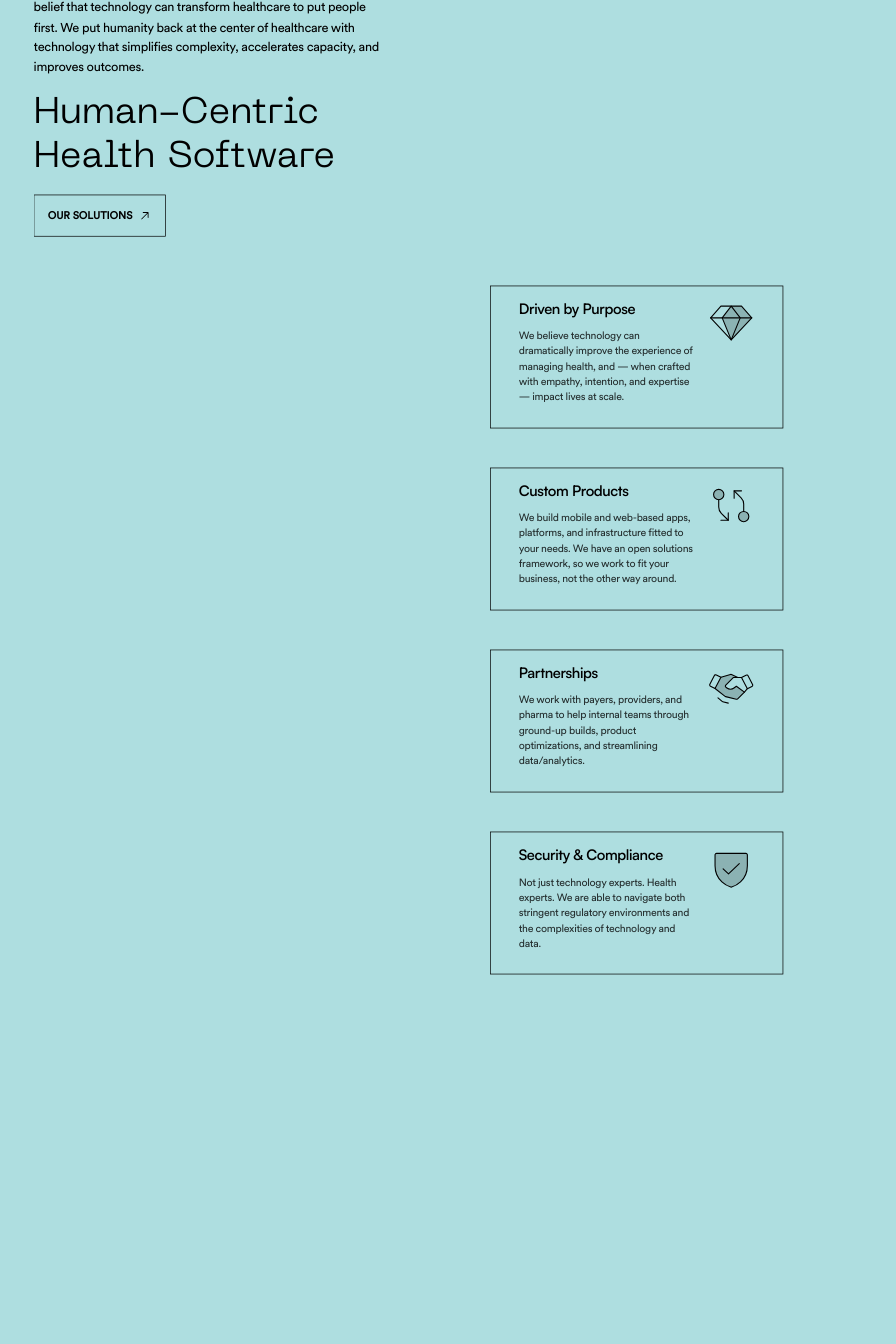
Repository: nikhilsinghrathore1/CAC_Ki_Majdoori
Page: /
An editor plug-in stored every save of this project. The page is shown before and after a run of saves, followed by the edit.
The browser window is 1280 px wide. The pictures show the part of the page from y = 960 to 2880 px (the page is 2880 px tall), at 70% of full size.
The project was rebuilt for these pictures with package versions that can differ from the ones it lists, and the page was loaded fresh each time. Also part of the build but not shown: vite.config.ts.

Above is the page before, as saved 2024-07-24 23:40:10.

### index.html
<!doctype html>
<html lang="en">
  <head>
    <meta charset="UTF-8" />
    <link rel="icon" type="image/svg+xml" href="/vite.svg" />
    <meta name="viewport" content="width=device-width, initial-scale=1.0" />
    <title>CAC Not hopefully test draft</title>
  </head>
  <body>
    <div id="root"></div>
    <script type="module" src="/src/main.tsx"></script>
  </body>
</html>

### src/App.tsx

import './App.css'
import Landing from './Pages/Landing'
import SecondTest from './Pages/SecondTest'
import ThirdTest from './Pages/ThirdTest'

function App() {

  return (
    <>
      <Landing/>
      <SecondTest/>
      <ThirdTest/>
    </>
  )
}

export default App

### src/index.css
@tailwind base;
@tailwind components;
@tailwind utilities;

/* Hide scrollbar for Chrome, Safari and Opera */
*::-webkit-scrollbar {
            width: 3px;


}

### src/App.css
@font-face {
  font-family: font1;
  src: url("/PPNeueMontreal-Regular.ttf");
}

@font-face {
  font-family: font2;
  src: url("/659dbdfd5a080be8d3483173_Satoshi-Variable.ttf");
}
 @font-face {
  font-family: font4;
  src: url("/public/CircularXXWeb-Book.ttf");
}
@font-face {
  font-family: font3;
  src: url("/659dbdfd5a080be8d348316e_PP\ Neue\ Machina\ Inktrap\ Medium.ttf");
}
@font-face {
  font-family: font5;
  src: url("/public/659dbdfd5a080be8d348316f_PPNeueMachina_\ Light.ttf");
}

.f1{
  font-family: font1;
}
.f2{
  font-family: font2;
}

.f3{
  font-family: font3;
}
.f4{
  font-family: font4;
}
.f5{
  font-family: font5;
}
.transi{
  transition: all 0.5s ease-out;
}

### src/Pages/SecondTest.tsx
import React from 'react'
import Marquee from '../components/Marquee'

const SecondTest = () => {
  return (
               <>

               <div className='w-full h-screen bg-[#AEDEE0] relative   '>

               <div className='w-full text-center f2 font-semibold text-[23.5px] leading-none pt-[90px] tracking-wide'>
                 <h1 className='mb-4'>We foster growth through success</h1>
                 <h1>that is more than just a club:</h1>
               </div>

<div className='absolute top-[55%] left-1/2 -translate-x-1/2 -translate-y-1/2 w-full whitespace-nowrap overflow-hidden '>
               <Marquee text={["emphatatic" ,"useful","intuitive" , "nikoChan"]} dist={20}/>
               <Marquee text={["emphatatic" ,"useful","intuitive" , "nikoChan"]} dist={40}/>
               <Marquee text={["emphatatic" ,"useful","intuitive" , "nikoChan"]} dist={30}/>
               <Marquee text={["emphatatic" ,"useful","intuitive" , "nikoChan"]} dist={80}/>

</div>
</div>
</>
  )
}

export default SecondTest

### src/Pages/ThirdTest.tsx
import React from 'react'
import { GoArrowUpRight } from "react-icons/go";
import InsideAbout from '../components/InsideAbout';


const ThirdTest = () => {
  return (
    <div className='w-full h-[300vh] justify-between bg-[#AEDEE0] flex items-start px-12'>
               <div className='w-[41.9%] mt-20 pt-32 sticky top-0'>
                           <p className='f4 text-[1.14rem] font-normal tracking-tight leading-[1.78rem]'>Significo is a custom health software developer founded on the belief that technology can transform healthcare to put people first. We put humanity back at the center of healthcare with technology that simplifies complexity, accelerates capacity, and improves outcomes. </p>

                           <h1 className='f5 text-[3.3rem] mt-5 leading-[4rem]'>Human-Centric Health Software</h1>

                           <div className='w-[38%] h-[60px] mt-5 border border-black font-semibold uppercase flex items-center gap-2 text-[15px]  f4 justify-center'>
                              <h1 className='flex items-center gap-2'>our Solutions <GoArrowUpRight className='text-[1.2rem] '/></h1>
                           </div>
               </div>
               <div className='w-[50%]   h-full pt-[90vh] pl-12'>
                              <div className=' w-[77%] origin-center ml-3  transition-all  pt-4  flex justify-between gap-4 px-10 border border-black h-[13.5%]'>
                                            <InsideAbout mainText={"Driven by Purpose"} para={"We believe technology can dramatically improve the experience of managing health, and — when crafted with empathy, intention, and expertise — impact lives at scale."} svg={<svg width="100%" height="38%" viewBox="0 0 64 64" fill="none" xmlns="http://www.w3.org/2000/svg">
<path opacity="0.2" d="M45.9998 10H31.9998L19.7271 26L31.9998 56L59.9998 26L45.9998 10Z" fill="currentColor"></path>
<path d="M18 10H46L60 26L32 56L4 26L18 10Z" stroke="currentColor" stroke-width="1.5" stroke-linecap="round" stroke-linejoin="round"></path>
<path d="M44.2726 26L31.9998 56L19.7271 26L31.9998 10L44.2726 26Z" stroke="currentColor" stroke-width="1.5" stroke-linecap="round" stroke-linejoin="round"></path>
<path d="M4 26H60" stroke="currentColor" stroke-width="1.5" stroke-linecap="round" stroke-linejoin="round"></path>
</svg>}/>

                              </div>
                              <div className=' w-[77%] mt-14 origin-center ml-3  transition-all  pt-4  flex justify-between gap-4 px-10 border border-black h-[13.5%]'>
                                            <InsideAbout mainText={"Custom Products"} para={"We build mobile and web-based apps, platforms, and infrastructure fitted to your needs. We have an open solutions framework, so we work to fit your business, not the other way around."} svg={<svg width="100%" height="40%" viewBox="0 0 64 64" fill="none" xmlns="http://www.w3.org/2000/svg">
<path opacity="0.2" d="M49.0005 54C52.8665 54 56.0005 50.866 56.0005 47C56.0005 43.134 52.8665 40 49.0005 40C45.1345 40 42.0005 43.134 42.0005 47C42.0005 50.866 45.1345 54 49.0005 54Z" fill="currentColor"></path>
<path opacity="0.2" d="M15 24C18.866 24 22 20.866 22 17C22 13.134 18.866 10 15 10C11.134 10 8 13.134 8 17C8 20.866 11.134 24 15 24Z" fill="currentColor"></path>
<path d="M49.0005 54C52.8665 54 56.0005 50.866 56.0005 47C56.0005 43.134 52.8665 40 49.0005 40C45.1345 40 42.0005 43.134 42.0005 47C42.0005 50.866 45.1345 54 49.0005 54Z" stroke="currentColor" stroke-width="1.5" stroke-linecap="round" stroke-linejoin="round"></path>
<path d="M49.0006 40L49.0002 29.9703C49.0001 26.7878 47.7358 23.7358 45.4855 21.4855L36 12" stroke="currentColor" stroke-width="1.5" stroke-linecap="round" stroke-linejoin="round"></path>
<path d="M36 22V12H46" stroke="currentColor" stroke-width="1.5" stroke-linecap="round" stroke-linejoin="round"></path>
<path d="M15 24C18.866 24 22 20.866 22 17C22 13.134 18.866 10 15 10C11.134 10 8 13.134 8 17C8 20.866 11.134 24 15 24Z" stroke="currentColor" stroke-width="1.5" stroke-linecap="round" stroke-linejoin="round"></path>
<path d="M15 24L15.0004 34.0297C15.0005 37.2122 16.2648 40.2642 18.5151 42.5145L28.0006 52" stroke="currentColor" stroke-width="1.5" stroke-linecap="round" stroke-linejoin="round"></path>
<path d="M28.0003 42V52H18.0003" stroke="currentColor" stroke-width="1.5" stroke-linecap="round" stroke-linejoin="round"></path>
</svg>}/>

                              </div>
                              <div className=' w-[77%] mt-14 origin-center ml-3  transition-all  pt-4  flex justify-between gap-4 px-10 border border-black h-[13.5%]'>
                                            <InsideAbout mainText={"Partnerships"} para={"We work with payers, providers, and pharma to help internal teams through ground-up builds, product optimizations, and streamlining data/analytics."} svg={<svg width="100%" height="40%" viewBox="0 0 64 64" fill="none" xmlns="http://www.w3.org/2000/svg">
<path opacity="0.2" d="M50 38.2155L40.8007 47.4147C40.5565 47.659 40.2532 47.8358 39.9204 47.928C39.5875 48.0201 39.2365 48.0246 38.9014 47.9408L24.4122 44.3185C24.1404 44.2506 23.886 44.1263 23.6653 43.9537L10 33.268L18.1436 17.9475L30.9736 14.2071C31.4319 14.0735 31.9229 14.1082 32.3578 14.3051L41 18.2155H35.8284C35.5658 18.2155 35.3057 18.2672 35.0631 18.3677C34.8204 18.4682 34.5999 18.6155 34.4142 18.8012L24.6306 28.5848C24.428 28.7875 24.2713 29.0313 24.1711 29.2997C24.0709 29.5682 24.0295 29.855 24.0498 30.1408C24.0702 30.4267 24.1517 30.7048 24.2888 30.9564C24.426 31.208 24.6156 31.4271 24.8448 31.5991L26.2 32.6155C27.5848 33.654 29.269 34.2155 31 34.2155C32.731 34.2155 34.4152 33.654 35.8 32.6155L39 30.2155L50 38.2155Z" fill="currentColor"></path>
<path d="M60.1794 30.4462L54 33.5359L46 18.2154L52.2423 15.0942C52.7113 14.8597 53.2536 14.8188 53.7525 14.9802C54.2514 15.1416 54.6669 15.4925 54.9096 15.9573L61.0578 27.7316C61.1808 27.967 61.2556 28.2246 61.2779 28.4892C61.3002 28.7539 61.2696 29.0204 61.1878 29.2731C61.1061 29.5258 60.9748 29.7596 60.8016 29.9611C60.6285 30.1625 60.417 30.3274 60.1794 30.4462V30.4462Z" stroke="currentColor" stroke-width="1.5" stroke-linecap="round" stroke-linejoin="round"></path>
<path d="M10.0011 33.2681L3.8217 30.1784C3.58414 30.0596 3.37261 29.8947 3.19947 29.6932C3.02633 29.4918 2.89504 29.258 2.81327 29.0052C2.7315 28.7525 2.70088 28.4861 2.7232 28.2214C2.74552 27.9568 2.82033 27.6992 2.94327 27.4638L9.09151 15.6895C9.33421 15.2247 9.74973 14.8738 10.2486 14.7124C10.7475 14.551 11.2898 14.5919 11.7588 14.8264L18.0011 17.9475L10.0011 33.2681Z" stroke="currentColor" stroke-width="1.5" stroke-linecap="round" stroke-linejoin="round"></path>
<path d="M54 33.5359L50 38.2154L40.8007 47.4147C40.5565 47.6589 40.2532 47.8357 39.9204 47.9279C39.5875 48.0201 39.2365 48.0245 38.9014 47.9407L24.4122 44.3184C24.1404 44.2505 23.886 44.1262 23.6653 43.9537L10 33.2679" stroke="currentColor" stroke-width="1.5" stroke-linecap="round" stroke-linejoin="round"></path>
<path d="M50 38.2155L39 30.2155L35.8 32.6155C34.4152 33.654 32.7309 34.2155 31 34.2155C29.269 34.2155 27.5848 33.654 26.2 32.6155L24.8448 31.5991C24.6156 31.4271 24.4259 31.208 24.2888 30.9564C24.1516 30.7048 24.0701 30.4267 24.0498 30.1408C24.0295 29.855 24.0709 29.5682 24.1711 29.2997C24.2713 29.0313 24.428 28.7875 24.6306 28.5849L34.4142 18.8012C34.5999 18.6155 34.8204 18.4682 35.063 18.3677C35.3057 18.2672 35.5658 18.2155 35.8284 18.2155H46" stroke="currentColor" stroke-width="1.5" stroke-linecap="round" stroke-linejoin="round"></path>
<path d="M18.1433 17.9475L30.9733 14.2071C31.4316 14.0735 31.9226 14.1082 32.3576 14.3051L40.9997 18.2155" stroke="currentColor" stroke-width="1.5" stroke-linecap="round" stroke-linejoin="round"></path>
<path d="M28 53.2154L20.4651 51.3317C20.1594 51.2552 19.876 51.1076 19.6381 50.9008L14 46" stroke="currentColor" stroke-width="1.5" stroke-linecap="round" stroke-linejoin="round"></path>
</svg>}/>

                              </div>
                              <div className=' w-[77%] mt-14 origin-center ml-3  transition-all  pt-4  flex justify-between gap-4 px-10 border border-black h-[13.5%]'>
                                            <InsideAbout mainText={"Security & Compliance"} para={"Not just technology experts. Health experts. We are able to navigate both stringent regulatory environments and the complexities of technology and data."} svg={<svg width="100%" height="40%" viewBox="0 0 64 64" fill="none" xmlns="http://www.w3.org/2000/svg">
<path opacity="0.2" d="M10 26.6667V12C10 11.4696 10.2107 10.9609 10.5858 10.5858C10.9609 10.2107 11.4696 10 12 10H52C52.5304 10 53.0391 10.2107 53.4142 10.5858C53.7893 10.9609 54 11.4696 54 12V26.6667C54 47.6705 36.1735 54.6292 32.6141 55.8093C32.2161 55.9463 31.7839 55.9463 31.386 55.8093C27.8265 54.6292 10 47.6705 10 26.6667Z" fill="currentColor"></path>
<path d="M10 26.6667V12C10 11.4696 10.2107 10.9609 10.5858 10.5858C10.9609 10.2107 11.4696 10 12 10H52C52.5304 10 53.0391 10.2107 53.4142 10.5858C53.7893 10.9609 54 11.4696 54 12V26.6667C54 47.6705 36.1735 54.6292 32.6141 55.8093C32.2161 55.9463 31.7839 55.9463 31.386 55.8093C27.8265 54.6292 10 47.6705 10 26.6667Z" stroke="currentColor" stroke-width="1.5" stroke-linecap="round" stroke-linejoin="round"></path>
<path d="M43 24L28.3333 38L21 31" stroke="currentColor" stroke-width="1.5" stroke-linecap="round" stroke-linejoin="round"></path>
</svg>}/>

                              </div>
               </div>
    </div>
  )
}

export default ThirdTest

### src/components/Marquee.tsx
import React from 'react'

type marqueprop ={
               text:String[]
               dist:Number
}

const Marquee = ({text , dist}:marqueprop) => {
               // console.log(dist)
  return (
    <div className={`w-full flex gap-6 items-center f3 text-[78px] leading-none`}
    style={{ transform: `translateX(-${dist}%)` }}
    >
               <div className='flex  gap-6  px-2 items-center'>
                              <h1>{text[0]}</h1>
                              <div className='w-12 mt-[0px] h-12 rounded-full'>
                                <img className='w-full  h-full object-cover' src="https://cdn.prod.website-files.com/659dbdfd5a080be8d3483164/659dbdfd5a080be8d3483184_Ellipse%20845.webp" alt="not showing" />
                              </div>
               </div>
               <div className='flex  gap-6  px-2 items-center'>
                              <h1>{text[1]}</h1>
                              <div className='w-12  mt-[0px] h-12 rounded-full'>
                                <img className='w-full  h-full object-cover' src="https://cdn.prod.website-files.com/659dbdfd5a080be8d3483164/659dbdfd5a080be8d3483183_Ellipse%20845-6.webp" alt="not showing" />
                              </div>
               </div>
               <div className='flex  gap-6  px-2 items-center'>
                              <h1>{text[2]}</h1>
                              <div className='w-12  mt-[0px] h-12 rounded-full'>
                                <img className='w-full  h-full object-cover' src="https://cdn.prod.website-files.com/659dbdfd5a080be8d3483164/659dbdfd5a080be8d348317a_Ellipse%20845-10.webp" alt="not showing" />
                              </div>
               </div>
               <div className='flex  gap-6  px-2 items-center'>
                              <h1>{text[3]}</h1>
                              <div className='w-12  mt-[0px] h-12 rounded-full'>
                                <img className='w-full  h-full object-cover' src="https://cdn.prod.website-files.com/659dbdfd5a080be8d3483164/659dbdfd5a080be8d3483195_Ellipse%20845.webp" alt="not showing" />
                              </div>
               </div>
               <div className='flex  gap-6  px-2 items-center'>
                              <h1>{text[0]}</h1>
                              <div className='w-12  mt-[0px] h-12 rounded-full'>
                                    <img className='w-full  h-full object-cover' src="https://cdn.prod.website-files.com/659dbdfd5a080be8d3483164/659dbdfd5a080be8d3483181_Ellipse%20845-5.webp" alt="not showing" />
                              </div>
               </div>
               <div className='flex  gap-6  px-2 items-center'>
                              <h1>{text[1]}</h1>
                              <div className='w-12  mt-[12px] h-12 rounded-full'>
                                <img className='w-full  h-full object-cover' src="https://cdn.prod.website-files.com/659dbdfd5a080be8d3483164/659dbdfd5a080be8d3483180_Ellipse%20845-4.webp" alt="not showing" />
                              </div>
               </div>

    </div>
  )
}

export default Marquee

### src/components/InsideAbout.tsx
import React from 'react'

const InsideAbout = ({mainText, para , svg}) => {
  return (
                 <>
                 <div className='w-[280px] h-full'>
               <h1 className='f2 text-[1.3rem] tracking-tight font-semibold'>{mainText}</h1>
               <p className='text-[15px]   f4 opacity-80 font-light tracking-tight leading-[22px] mt-3'>{para}</p>
</div>
<div className='w-[22%] h-full '>
{svg}
</div>
                 </>

  )
}

export default InsideAbout

Loaded but not shown: src/main.tsx (common file); tailwind.config.js (common file); src/Pages/Landing.tsx (262 lines, source omitted)

After the next 2 saves:
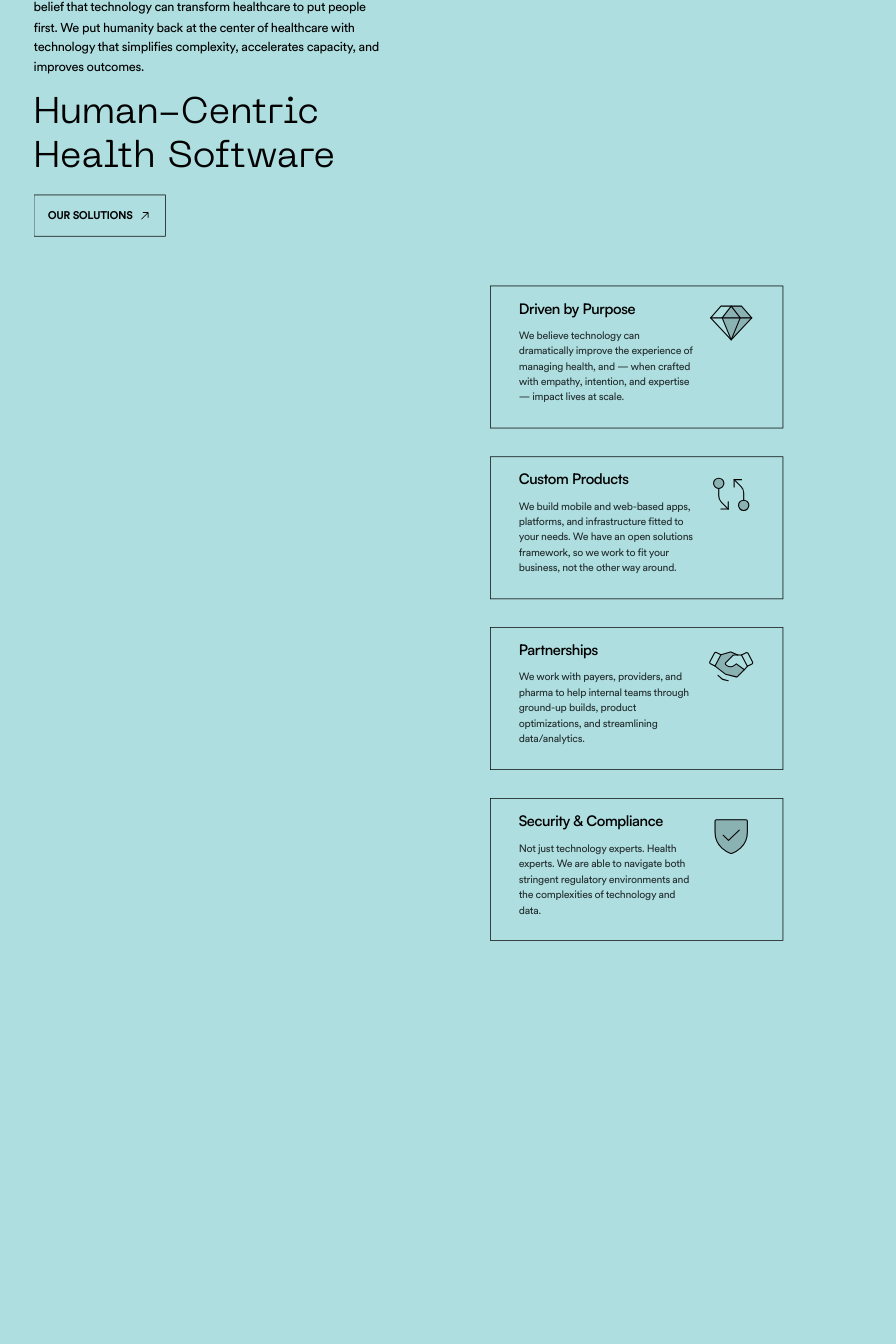
The 2 saves are shown as one change because they came seconds apart.
The last was saved 22 s later.
--- a/src/Pages/ThirdTest.tsx
+++ b/src/Pages/ThirdTest.tsx
@@ -25,7 +25,7 @@
 </svg>}/>
 
                               </div>
-                              <div className=' w-[77%] mt-14 origin-center ml-3  transition-all  pt-4  flex justify-between gap-4 px-10 border border-black h-[13.5%]'>
+                              <div className=' w-[77%] mt-10 origin-center ml-3  transition-all  pt-4  flex justify-between gap-4 px-10 border border-black h-[13.5%]'>
                                             <InsideAbout mainText={"Custom Products"} para={"We build mobile and web-based apps, platforms, and infrastructure fitted to your needs. We have an open solutions framework, so we work to fit your business, not the other way around."} svg={<svg width="100%" height="40%" viewBox="0 0 64 64" fill="none" xmlns="http://www.w3.org/2000/svg">
 <path opacity="0.2" d="M49.0005 54C52.8665 54 56.0005 50.866 56.0005 47C56.0005 43.134 52.8665 40 49.0005 40C45.1345 40 42.0005 43.134 42.0005 47C42.0005 50.866 45.1345 54 49.0005 54Z" fill="currentColor"></path>
 <path opacity="0.2" d="M15 24C18.866 24 22 20.866 22 17C22 13.134 18.866 10 15 10C11.134 10 8 13.134 8 17C8 20.866 11.134 24 15 24Z" fill="currentColor"></path>
@@ -38,7 +38,7 @@
 </svg>}/>
 
                               </div>
-                              <div className=' w-[77%] mt-14 origin-center ml-3  transition-all  pt-4  flex justify-between gap-4 px-10 border border-black h-[13.5%]'>
+                              <div className=' w-[77%] mt-10 origin-center ml-3  transition-all  pt-4  flex justify-between gap-4 px-10 border border-black h-[13.5%]'>
                                             <InsideAbout mainText={"Partnerships"} para={"We work with payers, providers, and pharma to help internal teams through ground-up builds, product optimizations, and streamlining data/analytics."} svg={<svg width="100%" height="40%" viewBox="0 0 64 64" fill="none" xmlns="http://www.w3.org/2000/svg">
 <path opacity="0.2" d="M50 38.2155L40.8007 47.4147C40.5565 47.659 40.2532 47.8358 39.9204 47.928C39.5875 48.0201 39.2365 48.0246 38.9014 47.9408L24.4122 44.3185C24.1404 44.2506 23.886 44.1263 23.6653 43.9537L10 33.268L18.1436 17.9475L30.9736 14.2071C31.4319 14.0735 31.9229 14.1082 32.3578 14.3051L41 18.2155H35.8284C35.5658 18.2155 35.3057 18.2672 35.0631 18.3677C34.8204 18.4682 34.5999 18.6155 34.4142 18.8012L24.6306 28.5848C24.428 28.7875 24.2713 29.0313 24.1711 29.2997C24.0709 29.5682 24.0295 29.855 24.0498 30.1408C24.0702 30.4267 24.1517 30.7048 24.2888 30.9564C24.426 31.208 24.6156 31.4271 24.8448 31.5991L26.2 32.6155C27.5848 33.654 29.269 34.2155 31 34.2155C32.731 34.2155 34.4152 33.654 35.8 32.6155L39 30.2155L50 38.2155Z" fill="currentColor"></path>
 <path d="M60.1794 30.4462L54 33.5359L46 18.2154L52.2423 15.0942C52.7113 14.8597 53.2536 14.8188 53.7525 14.9802C54.2514 15.1416 54.6669 15.4925 54.9096 15.9573L61.0578 27.7316C61.1808 27.967 61.2556 28.2246 61.2779 28.4892C61.3002 28.7539 61.2696 29.0204 61.1878 29.2731C61.1061 29.5258 60.9748 29.7596 60.8016 29.9611C60.6285 30.1625 60.417 30.3274 60.1794 30.4462V30.4462Z" stroke="currentColor" stroke-width="1.5" stroke-linecap="round" stroke-linejoin="round"></path>
@@ -50,7 +50,7 @@
 </svg>}/>
 
                               </div>
-                              <div className=' w-[77%] mt-14 origin-center ml-3  transition-all  pt-4  flex justify-between gap-4 px-10 border border-black h-[13.5%]'>
+                              <div className=' w-[77%] mt-10 origin-center ml-3  transition-all  pt-4  flex justify-between gap-4 px-10 border border-black h-[13.5%]'>
                                             <InsideAbout mainText={"Security & Compliance"} para={"Not just technology experts. Health experts. We are able to navigate both stringent regulatory environments and the complexities of technology and data."} svg={<svg width="100%" height="40%" viewBox="0 0 64 64" fill="none" xmlns="http://www.w3.org/2000/svg">
 <path opacity="0.2" d="M10 26.6667V12C10 11.4696 10.2107 10.9609 10.5858 10.5858C10.9609 10.2107 11.4696 10 12 10H52C52.5304 10 53.0391 10.2107 53.4142 10.5858C53.7893 10.9609 54 11.4696 54 12V26.6667C54 47.6705 36.1735 54.6292 32.6141 55.8093C32.2161 55.9463 31.7839 55.9463 31.386 55.8093C27.8265 54.6292 10 47.6705 10 26.6667Z" fill="currentColor"></path>
 <path d="M10 26.6667V12C10 11.4696 10.2107 10.9609 10.5858 10.5858C10.9609 10.2107 11.4696 10 12 10H52C52.5304 10 53.0391 10.2107 53.4142 10.5858C53.7893 10.9609 54 11.4696 54 12V26.6667C54 47.6705 36.1735 54.6292 32.6141 55.8093C32.2161 55.9463 31.7839 55.9463 31.386 55.8093C27.8265 54.6292 10 47.6705 10 26.6667Z" stroke="currentColor" stroke-width="1.5" stroke-linecap="round" stroke-linejoin="round"></path>
